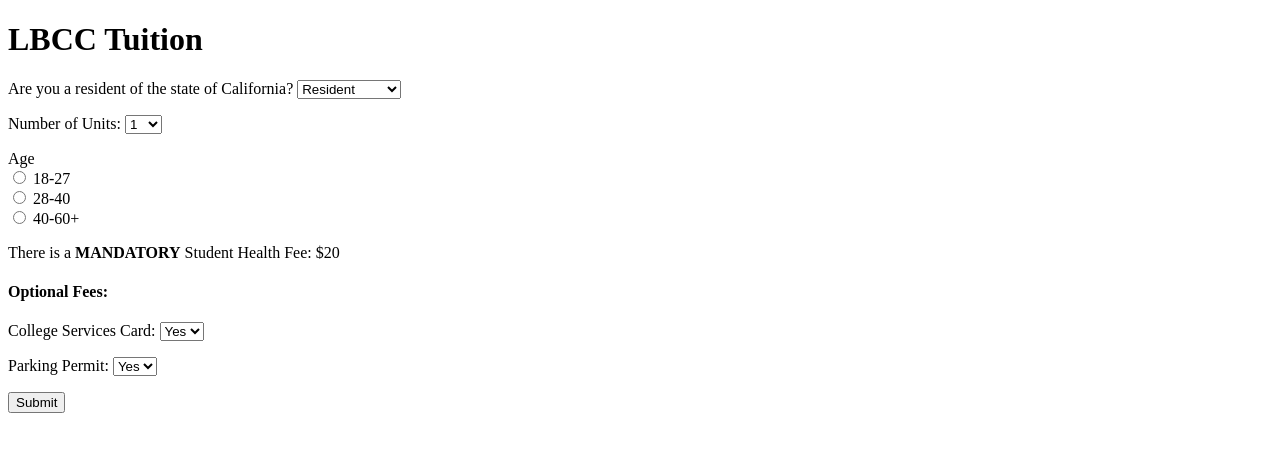
Repository: sunkim96/cosw30
Page: homework/homework3/tuition_calculator.html
The author's editor kept a record of every edit. The page is drawn from the files as they stood at one moment, then again after the next edit.
The browser window is 1280 px wide. The pictures show the whole page.

Above is the page before.

### homework/homework3/tuition_calculator.html
<!doctype html>
<html>
    <head>
        <meta charset="utf-8">
        <title>Tuition Calculator</title>
         </head>
    <body>
        <h1>LBCC Tuition</h1>


        <form action="tuition_calculator.php" method="POST">
            <!-- resident or non-resident !-->
            <p>Are you a resident of the state of California? <select name="residency">
                <option value="46">Resident</option>
                <option value="236">Non-Resident</option>
            </select></p>

            <!-- number of units as dropdown !-->
            <p>Number of Units: <select name="units">
                <option value="1">1</option>
                <option value="2">2</option>
                <option value="3">3</option>
                <option value="4">4</option>
                <option value="5">5</option>
                <option value="6">6</option>
                <option value="7">7</option>
                <option value="8">8</option>
                <option value="9">9</option>
                <option value="10">10</option>
                <option value="11">11</option>
                <option value="12">12</option>
                <option value="13">13</option>
                <option value="14">14</option>
                <option value="15">15</option>
                <option value="16">16</option>
                <option value="17">17</option>
                <option value="18">18</option>
                <option value="19">19</option>
                <option value="20">20</option>
                <option value="21">21</option>
            </select></p>

            <!-- age with radio !-->
            <label for="age" requried>Age</label><br>
                <input type="radio" name="age" value="18-27"> 18-27<br>
                <input type="radio" name="age" value="28-40"> 28-40<br>
                <input type="radio" name="age" value="40-60"> 40-60+<br>

            <p> There is a <strong>MANDATORY</strong> Student Health Fee: $20</p>


              <h4>Optional Fees:</h4>

             <p>College Services Card: <select name="service">
                <option value="20">Yes </option>
                <option value="0">No </option>
                </select></p>

            <p>Parking Permit: <select name="parking">
                <option value="20">Yes </option>
                <option value="0">No </option>
                </select></p>




            <button>Submit</button>
        </form>



    </body>





</html>

After the next edit:
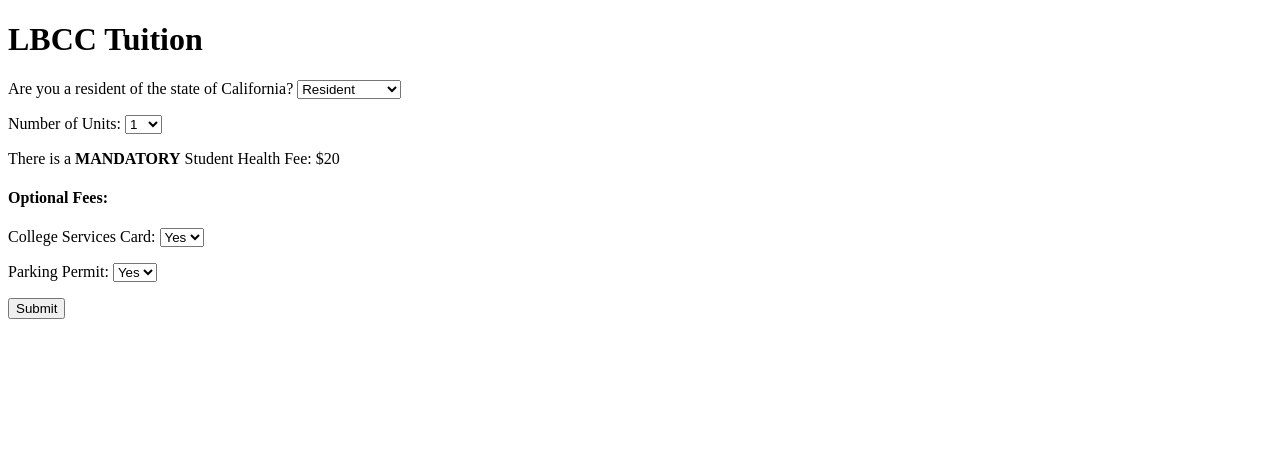
The edit:
--- a/homework/homework3/tuition_calculator.html
+++ b/homework/homework3/tuition_calculator.html
@@ -40,11 +40,7 @@
                 <option value="21">21</option>
             </select></p>
 
-            <!-- age with radio !-->
-            <label for="age" requried>Age</label><br>
-                <input type="radio" name="age" value="18-27"> 18-27<br>
-                <input type="radio" name="age" value="28-40"> 28-40<br>
-                <input type="radio" name="age" value="40-60"> 40-60+<br>
+
 
             <p> There is a <strong>MANDATORY</strong> Student Health Fee: $20</p>
 
